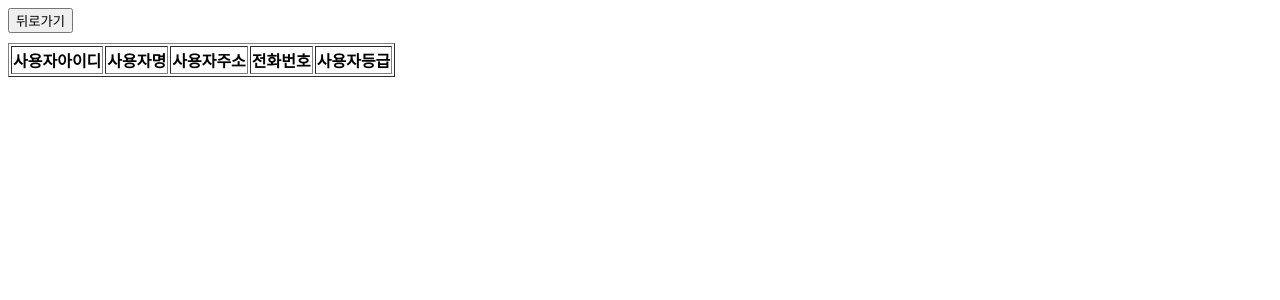
Repository: Ji-wonLee/book_store
Page: http://localhost/sms/userList.jsp
The author's editor kept a copy of each file at every save. The page is drawn from the files as they stood at one save, then again after the next save.
The browser window is 1280 px wide. The pictures show the whole page.
The page is served by Tomcat 9. Other server files are loaded and not shown.

Above is the page before, as saved 2024-05-28 01:39:47.

### sms/src/main/webapp/userList.jsp
<%@ page language="java" contentType="text/html; charset=UTF-8"
    isELIgnored="false" pageEncoding="UTF-8"%>
<%@ taglib prefix="c" uri="http://java.sun.com/jsp/jstl/core" %>
<!DOCTYPE html>
<html>
<head>
	<meta charset="UTF-8">
	<button onclick="history.back()" type="submit" >뒤로가기</button>
	<title>회원 관리</title>
</head>

<body>

<table border='1' style='margin-top:10px'>
	<tr>
		<th>사용자아이디</th>
		<th>사용자명</th>
		<th>사용자주소</th>
		<th>전화번호</th>
		<th>사용자등급</th>
	</tr>
	<c:forEach var = "t" items="${userList}">
		<tr>
			<td>${t.user_id}</td>
			<td>${t.name}</td>
			<td>${t.address}</td>
			<td>${t.phonenum}</td>
			<td>${t.gname}</td>
		</tr>
	</c:forEach>
</table>
</body>
</html>

After the next save:
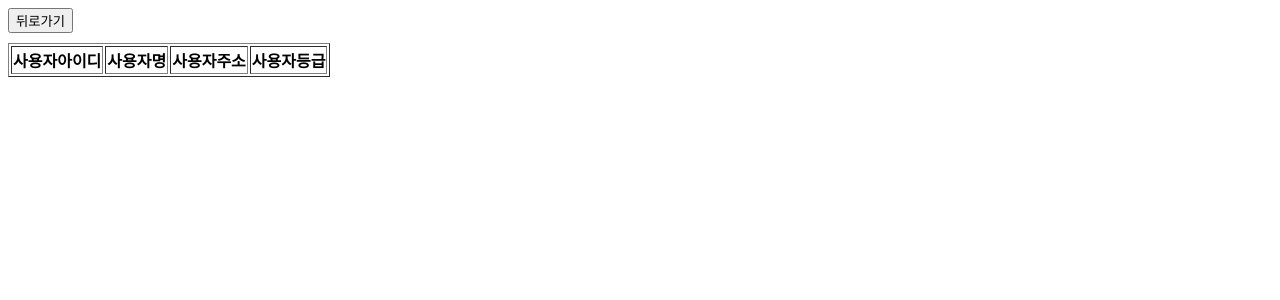
Saved 89 s later.
--- a/sms/src/main/webapp/userList.jsp
+++ b/sms/src/main/webapp/userList.jsp
@@ -16,7 +16,6 @@
 		<th>사용자아이디</th>
 		<th>사용자명</th>
 		<th>사용자주소</th>
-		<th>전화번호</th>
 		<th>사용자등급</th>
 	</tr>
 	<c:forEach var = "t" items="${userList}">
@@ -24,7 +23,6 @@
 			<td>${t.user_id}</td>
 			<td>${t.name}</td>
 			<td>${t.address}</td>
-			<td>${t.phonenum}</td>
 			<td>${t.gname}</td>
 		</tr>
 	</c:forEach>
